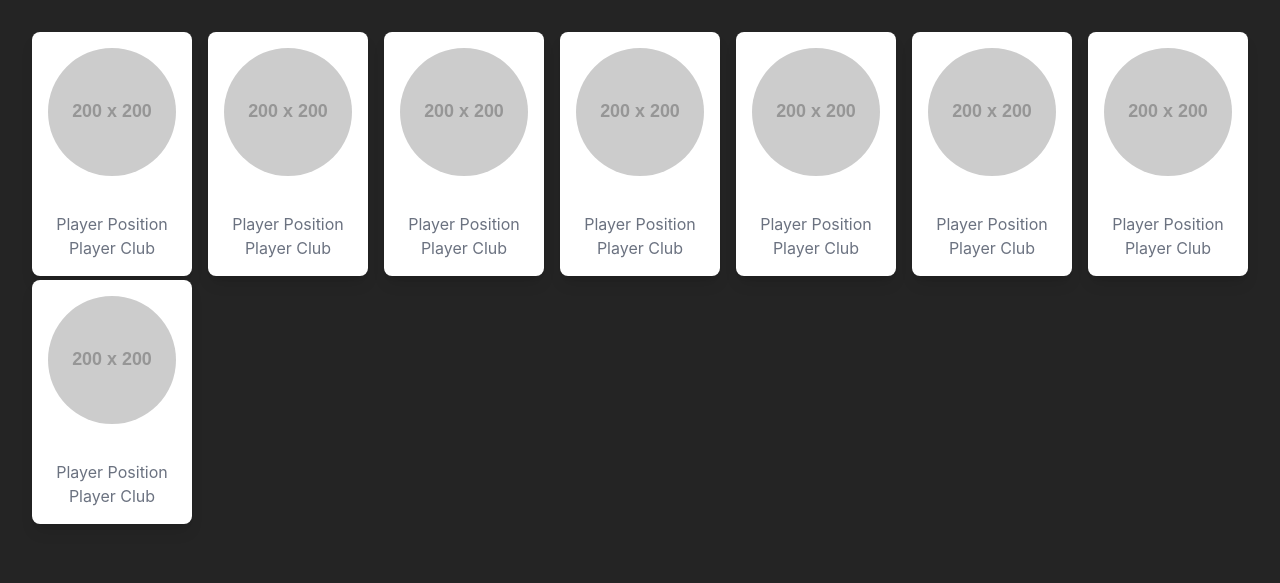
Repository: Hadra92i/movies-search-app
Page: /
These files come from the project's save history. The page is drawn as it stood at one moment and after the next save; the edit follows.
The browser window is 1280 px wide. The pictures show the whole page.
The project was rebuilt for these pictures with package versions that can differ from the ones it lists, and the page was loaded fresh each time. Also part of the build but not shown: vite.config.js.

Above is the page before, as saved 2023-11-01 11:58:31.

After the next save:
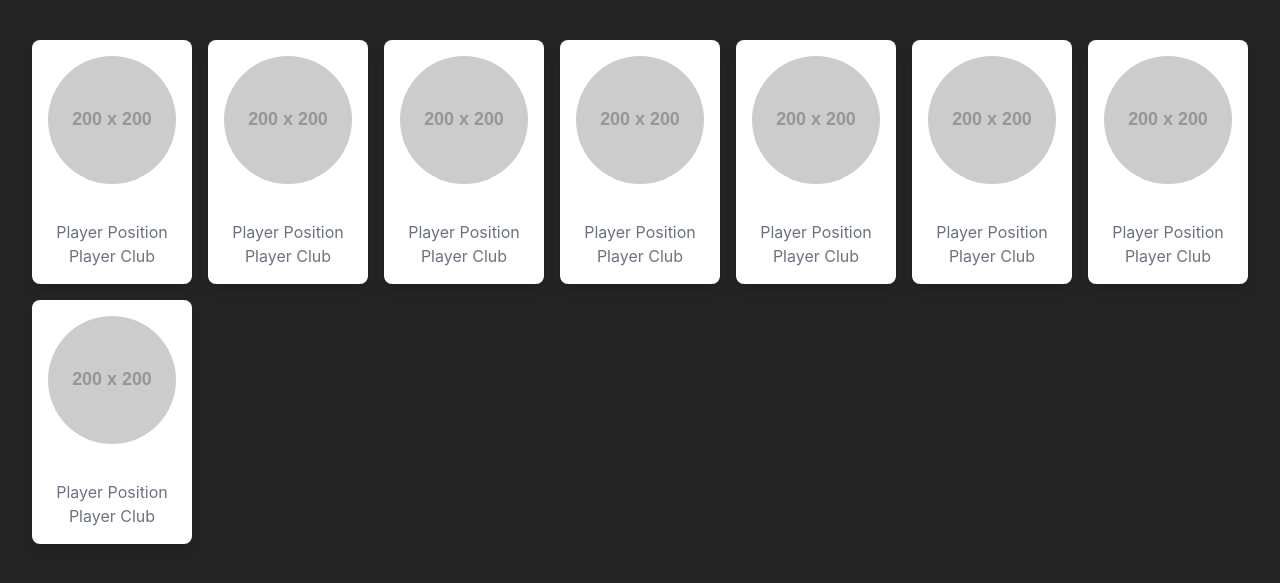
Saved 8 s later.
--- a/src/components/player/PlayerCard.jsx
+++ b/src/components/player/PlayerCard.jsx
@@ -3,7 +3,7 @@ import React from "react";
 
 const PlayerCard = () => {
     return (
-        <div className="bg-white rounded-lg shadow-lg p-4 mb-1">
+        <div className="bg-white rounded-lg shadow-lg p-4 my-2">
             <img
                 className="w-32 h-32 rounded-full mx-auto"
                 src="https://via.placeholder.com/200"
